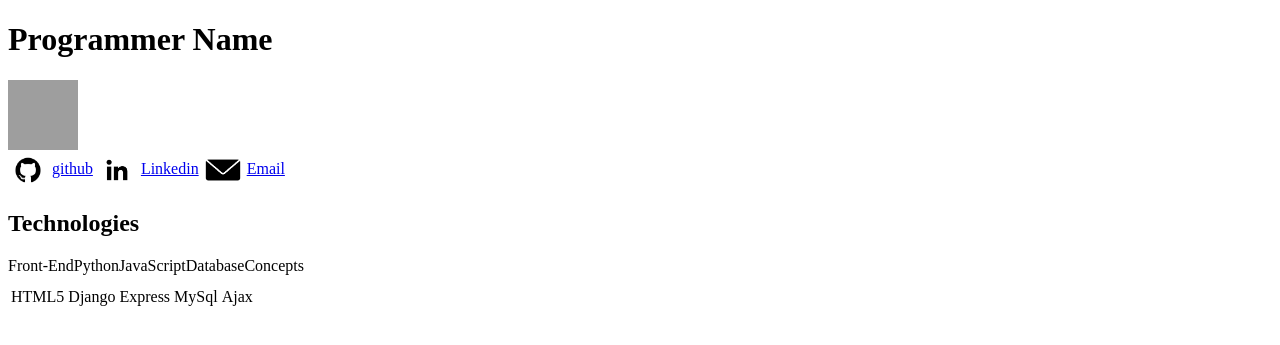
Repository: Fredy452/Fundamentos_de_la_Web
Page: Trabajos/Portafolio/index.html
These files come from the project's save history. The page is drawn as it stood at one moment and after the next save; the edit follows.
The browser window is 1280 px wide. The pictures show the whole page.
Pictures or frames that could not be fetched are drawn as grey boxes.

Above is the page before, as saved 2023-06-14 21:10:35.

### Trabajos/Portafolio/index.html
<!DOCTYPE html>
<html lang="en">
<head>
    <meta charset="UTF-8">
    <meta name="viewport" content="width=device-width, initial-scale=1.0">
    <title>Portafolio</title>
    <link rel="stylesheet" href="css/style.css">
</head>
<body>
    <h1>Programmer Name</h1>
    <img src="img/21104.png" alt="User imagen" style="width:70px; height: 70px;">
    <!-- Secction links -->
    <section>
        <img src="img/git.png" alt="github logo">
        <a href="https://github.com/Fredy452">github</a>
        <img src="img/linkedin.png" alt="Linkedin logo">
        <a href="#">Linkedin</a>
        <img src="img/email.png" alt="Linkedin logo">
        <a href="#">Email</a>
    </section>

    <!-- Section table -->
    <section>
        <h1>Technologies</h1>
        <table>
            <thead>
                <tr>Front-End</tr>
                <tr>Python</tr>
                <tr>JavaScript</tr>
                <tr>Database</tr>
                <tr>Concepts</tr>
            </thead>
            <tbody>
                <td>HTML5</td>
                <td>Django</td>
                <td>Express</td>
                <td>MySql</td>
                <td>Ajax</td>
            </tbody>
        </table>
    </section>
</body>
</html>

### Trabajos/Portafolio/css/style.css
img{
    width: 40px;
    height: 40px;
    display: inline-block;
    vertical-align: middle;
}

After the next save:
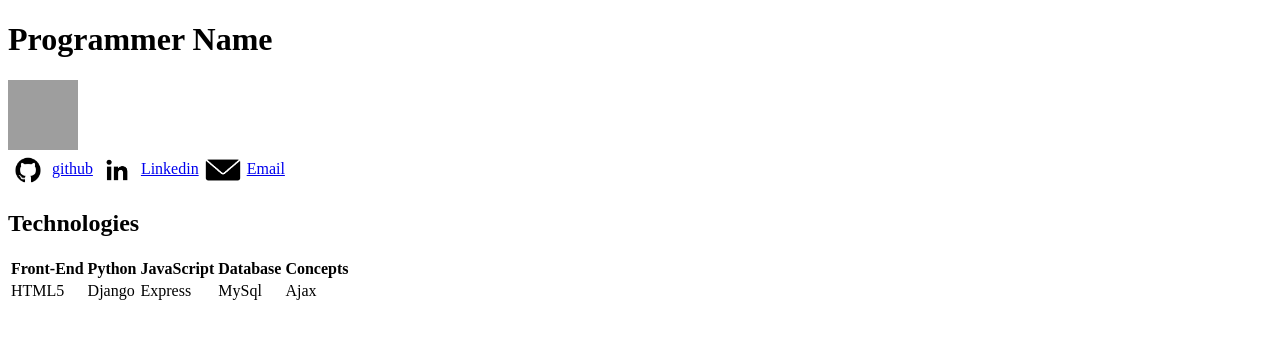
Saved 76 s later.
--- a/Trabajos/Portafolio/index.html
+++ b/Trabajos/Portafolio/index.html
@@ -23,13 +23,13 @@
     <section>
         <h1>Technologies</h1>
         <table>
-            <thead>
-                <tr>Front-End</tr>
-                <tr>Python</tr>
-                <tr>JavaScript</tr>
-                <tr>Database</tr>
-                <tr>Concepts</tr>
-            </thead>
+            <tr>
+                <th>Front-End</th>
+                <th>Python</th>
+                <th>JavaScript</th>
+                <th>Database</th>
+                <th>Concepts</th>
+            </tr>
             <tbody>
                 <td>HTML5</td>
                 <td>Django</td>

After the save that followed:
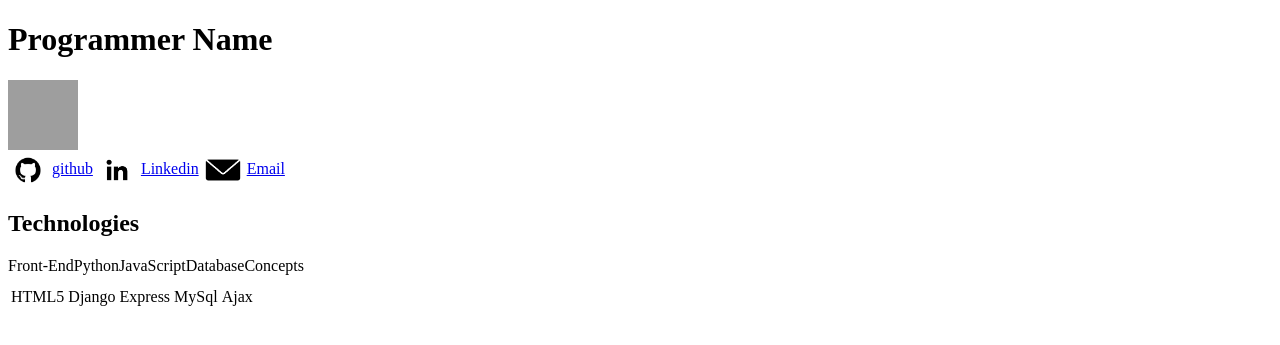
Saved 92 s later.
--- a/Trabajos/Portafolio/index.html
+++ b/Trabajos/Portafolio/index.html
@@ -23,19 +23,21 @@
     <section>
         <h1>Technologies</h1>
         <table>
-            <tr>
-                <th>Front-End</th>
-                <th>Python</th>
-                <th>JavaScript</th>
-                <th>Database</th>
-                <th>Concepts</th>
-            </tr>
+            <thead>
+                <tr>Front-End</tr>
+                <tr>Python</tr>
+                <tr>JavaScript</tr>
+                <tr>Database</tr>
+                <tr>Concepts</tr>
+            </thead>
             <tbody>
-                <td>HTML5</td>
-                <td>Django</td>
-                <td>Express</td>
-                <td>MySql</td>
-                <td>Ajax</td>
+                <tr>
+                    <td>HTML5</td>
+                    <td>Django</td>
+                    <td>Express</td>
+                    <td>MySql</td>
+                    <td>Ajax</td>
+                </tr>
             </tbody>
         </table>
     </section>
